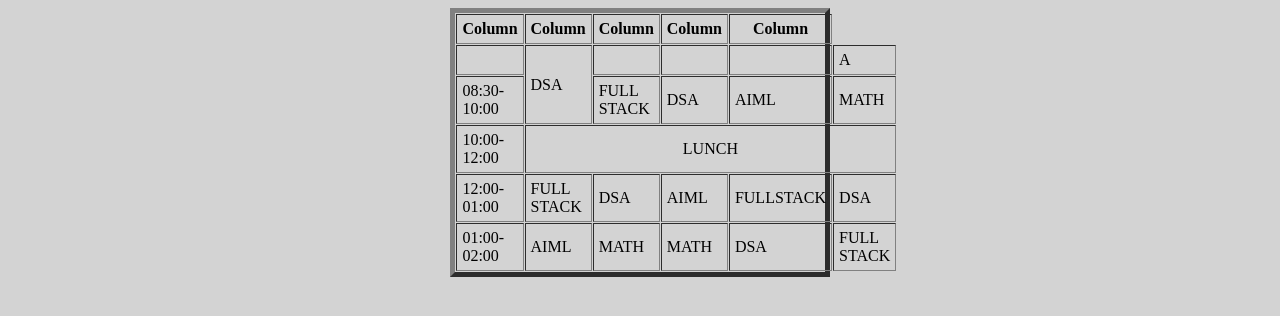
Repository: AdityaTech-Pro/FullStackWithBridgelabz
Page: Assignment2/table/index.html
These files come from the project's save history. The page is drawn as it stood at one moment and after the next save; the edit follows.
The browser window is 1280 px wide. The pictures show the whole page.

Above is the page before, as saved 2025-10-15 08:37:45.

### Assignment2/table/index.html
<html>

<head>
    <style>
        body {
            background-color: lightgray;
        }

        h1 {
            text-align: center;
        }

        .center {
            display: block;
            margin-left: auto;
            margin-right: auto;
            width: 30%;
        }
    </style>

    <tital>

    </tital>


</head>

<body>


    <table border="5" cellspacing="1" cellpadding="5" class="center">
        <tr>
            <th>Column</th>
            <th>Column</th>
            <th>Column</th>
            <th>Column</th>
            <th>Column</th>
        </tr>
        <tr>
            <td></td>
            <td rowspan="2">DSA</td>
            <td></td>
            <td></td>
            <td></td>
            <td>A</td>
        </tr>
        <tr>
            <td>08:30-10:00</td>
            <!--<td>DSA</td>-->
            <td>FULL STACK</td>
            <td>DSA</td>
            <td>AIML</td>
            <td>MATH</td>
        </tr>
        <tr>
            <td>10:00-12:00</td>
            <td colspan="5">
                <center>LUNCH</center>
            </td>
            <!--<td>LUNCH</td>
            <td>LUNCH</td>
            <td>LUNCH</td>
            <td>LUNCH</td>-->
        </tr>
        <tr>
            <td>12:00-01:00</td>
            <td>FULL STACK</td>
            <td>DSA</td>
            <td>AIML</td>
            <td>FULLSTACK</td>
            <td>DSA</td>
        </tr>
        <tr>
            <td>01:00-02:00</td>
            <td>AIML</td>
            <td>MATH</td>
            <td>MATH</td>
            <td>DSA</td>
            <td>FULL STACK</td>
        </tr>




    </table>
</body>

</html>

After the next save:
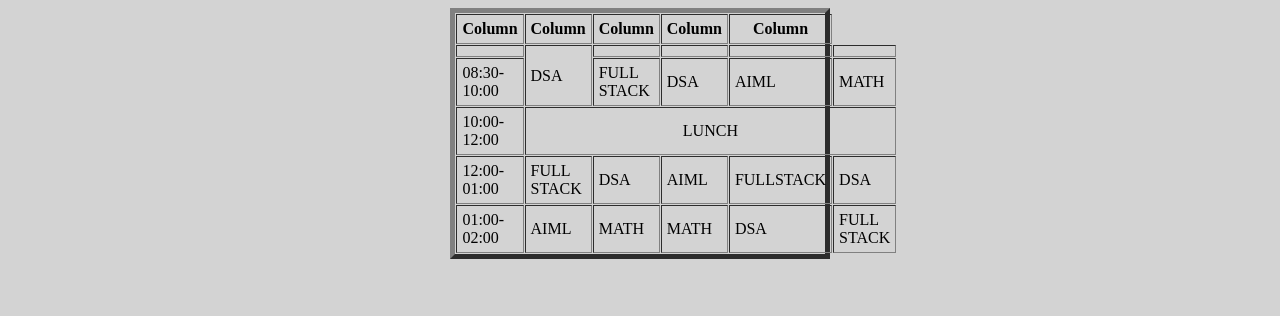
Saved 8 s later.
--- a/Assignment2/table/index.html
+++ b/Assignment2/table/index.html
@@ -42,7 +42,7 @@
             <td></td>
             <td></td>
             <td></td>
-            <td>A</td>
+            <td></td>
         </tr>
         <tr>
             <td>08:30-10:00</td>

After the 2 saves that followed:
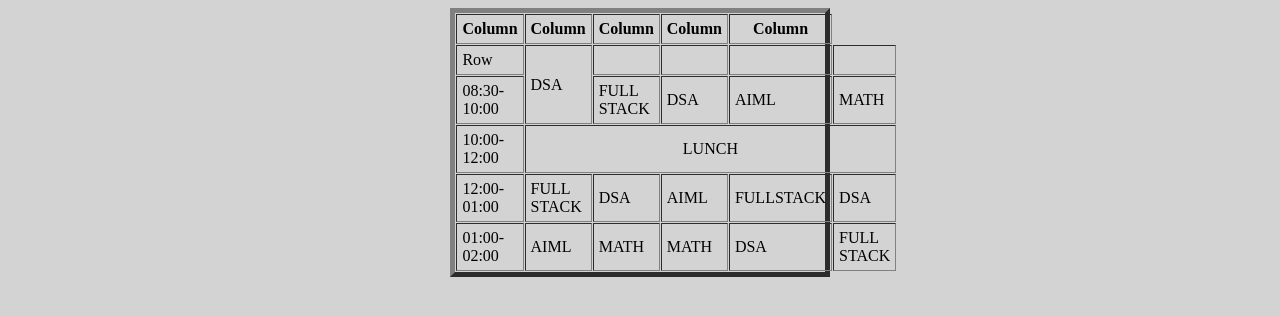
The 2 saves are shown as one change because they came seconds apart.
The last was saved 13 s later.
--- a/Assignment2/table/index.html
+++ b/Assignment2/table/index.html
@@ -37,7 +37,7 @@
             <th>Column</th>
         </tr>
         <tr>
-            <td></td>
+            <td>Row</td>
             <td rowspan="2">DSA</td>
             <td></td>
             <td></td>
